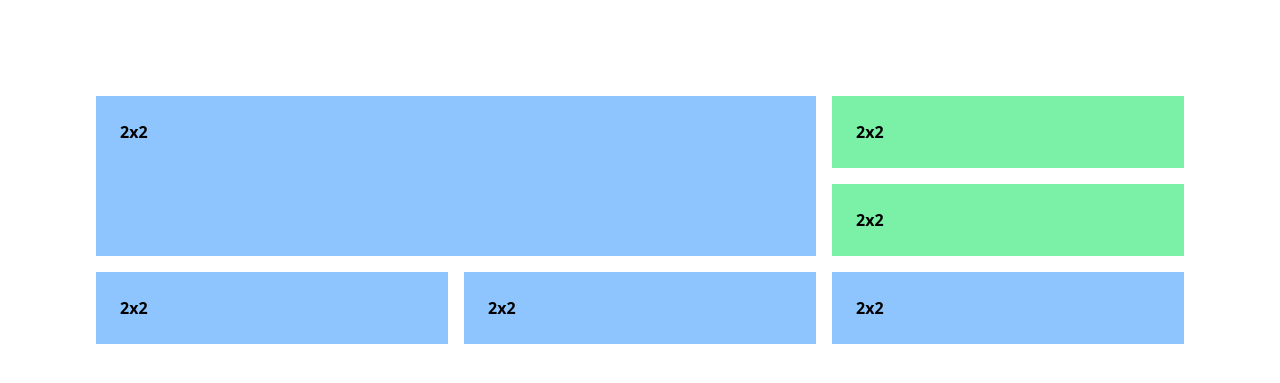
Repository: Abdulahi338/TailwindCss-exercise
Page: Exercise3/index.html
These files come from the project's save history. The page is drawn as it stood at one moment and after a run of saves; the edit follows.
The browser window is 1280 px wide. The pictures show the whole page.

Above is the page before, as saved 2025-07-27 18:05:38.

After the next 5 saves:
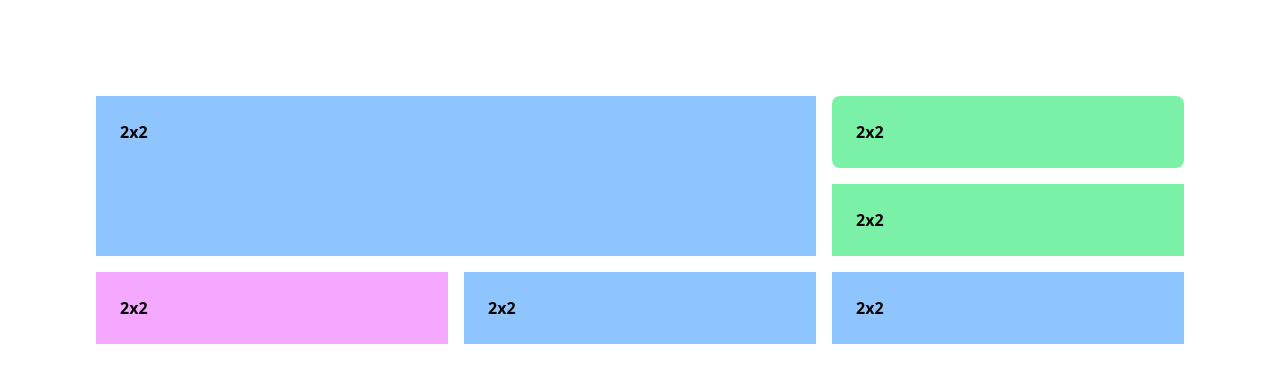
The 5 saves are shown as one change because they came seconds apart.
The last was saved 59 s later.
--- a/Exercise3/index.html
+++ b/Exercise3/index.html
@@ -11,9 +11,9 @@
 
     <div class="grid grid-cols-3 grid-rwos-3 gap-4 m-24">
         <div class="bg-blue-300 p-6 font-bold col-span-2 row-span-2">2x2</div>
+        <div class="bg-green-300 p-6 font-bold rounded-lg">2x2</div>
         <div class="bg-green-300 p-6 font-bold">2x2</div>
-        <div class="bg-green-300 p-6 font-bold">2x2</div>
-        <div class="bg-blue-300 p-6 font-bold">2x2</div>
+        <div class="bg-fuchsia-300 p-6 font-bold">2x2</div>
         <div class="bg-blue-300 p-6 font-bold">2x2</div>
         <div class="bg-blue-300 p-6 font-bold">2x2</div>
 
